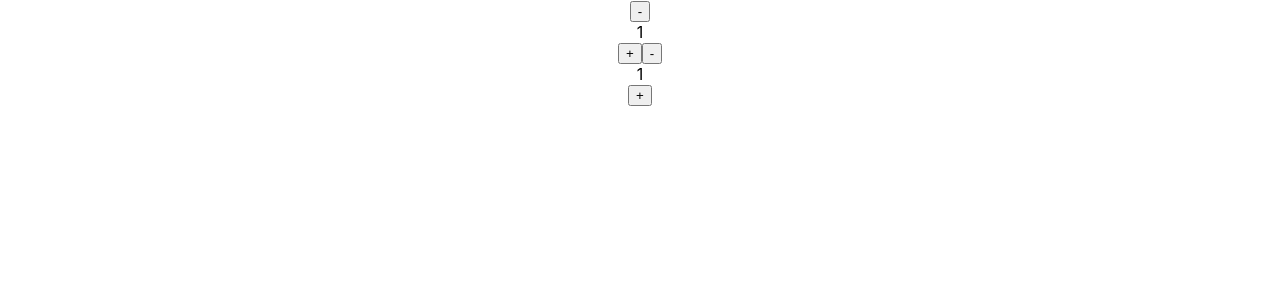
Repository: max535/test-task-netrika
Page: /
These files come from the project's save history. The page is drawn as it stood at one moment and after the next save; the edit follows.
The browser window is 1280 px wide. The pictures show the whole page.
The project was rebuilt for these pictures with package versions that can differ from the ones it lists, and the page was loaded fresh each time.

Above is the page before, as saved 2021-10-16 06:17:03.

After the next save:
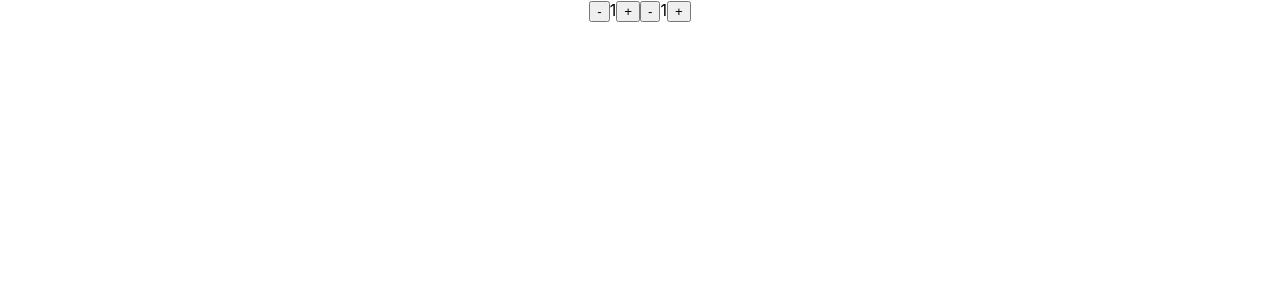
Saved 82 s later.
--- a/src/Counter.js
+++ b/src/Counter.js
@@ -14,7 +14,7 @@ const Counter = () => {
     return (
         <React.Fragment>
             <button onClick={handleDecrement}>-</button>
-            <div>{count}</div>
+            <span>{count}</span>
             <button onClick={handleIncrement}>+</button>
         </React.Fragment>
     );
